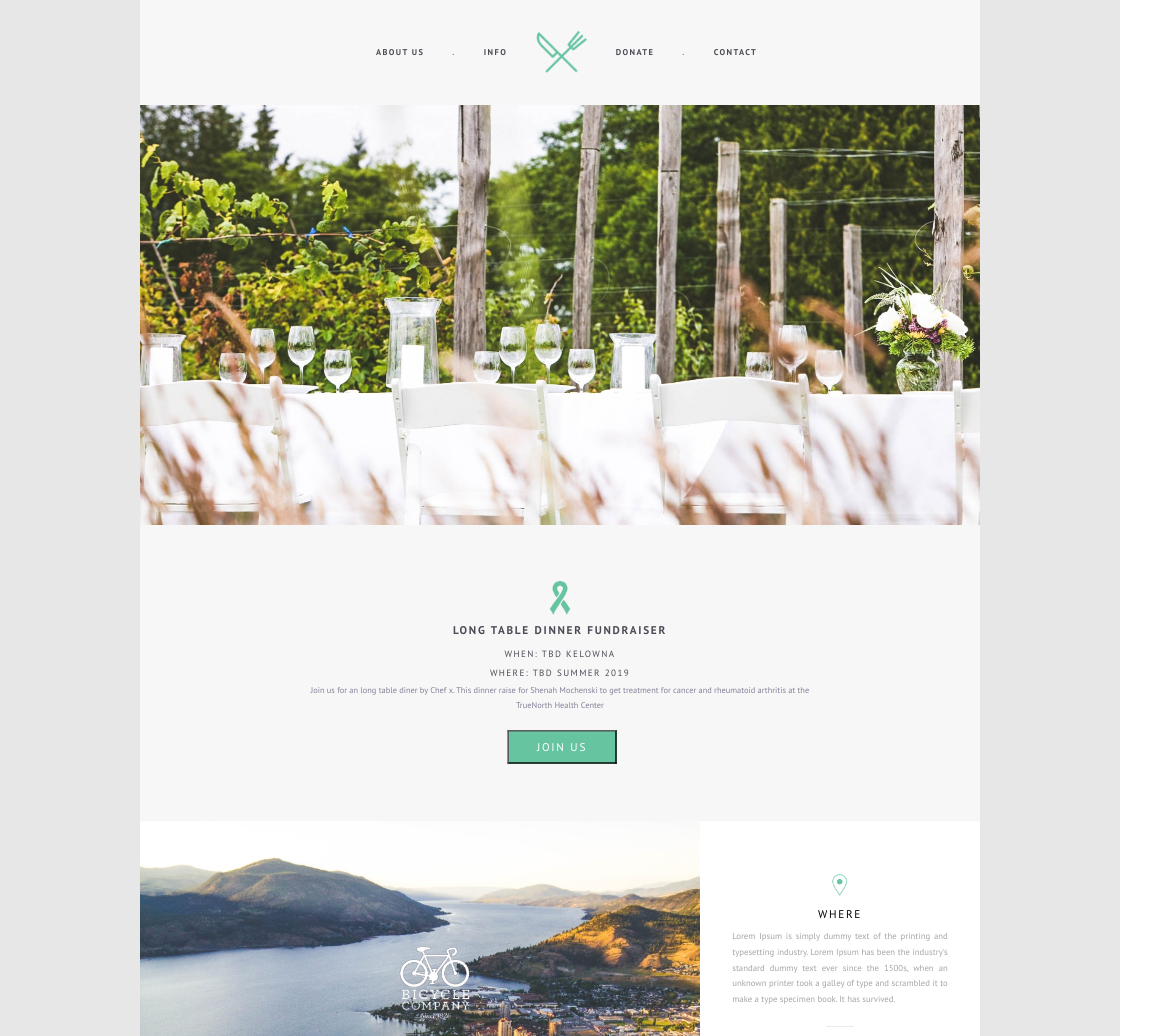
Repository: vancodes/longtable
Page: index.html
These files come from the project's save history. The page is drawn as it stood at one moment and after the next save; the edit follows.
The browser window is 1280 px wide. The page is 1600 px wide, then 1668 px, then 1600 px, so the pictures cover 1668 px, including what lies to the right of the window. The pictures show the part of the page from y = 0 to 1480 px (the page is 2372 px tall before and 2524 px after), at 70% of full size.

Above is the page before, as saved 2019-04-08 16:33:32.

### index.html
<!DOCTYPE html>
<html>

<head>
  <meta charset="utf-8">
  <link href="index.css" type="text/css" rel="stylesheet">
  <title>Long table</title>
</head>

<body>
  <div class="wrapper">
    <!--Intro Section-->
    <div class="topbar">
      <h1>
      <ul>
        <li><a href="#">About Us</a></li>
    	   <p>.</p>
        <li><a href="#">Info</a></li>
        <li><a href="#"><img src="assets\logo.png" alt="logo"></a></li>
        <li><a href="https://www.gofundme.com/breast-lung-and-melanoma-cancer">Donate</a></li>
    	   <p>.</p>
        <li><a href="#">Contact</a></li>
      </ul>
    </h1>
    </div>
    <div class="hero">
      <img src="assets/cover.jpg" alt="">
    </div>
    <!--Navigation Section-->
    <div class="main" align="center">
      <div class="first">
        <img src="assets\breast-cancer-icon.png" alt="bike chain">
        <h2>Long table dinner fundraiser</h2>
        <h4>When: TBD Kelowna</h4>
        <h4>Where: TBD Summer 2019</h4>
        <p>Join us for an long table diner by Chef x. This dinner raise for Shenah Mochenski to get treatment for cancer and rheumatoid arthritis at the TrueNorth Health Center</p>
        <div class="email-container">
            <button>Join us</button>
          </div>
      </div>
      <!--Image Section-->
      <div class="bike-images">
        <div class="first-container">
          <div class="first-left">
            <div id="bike-logo">
              <img src="assets/bike.png" alt="bike logo">
            </div>
            <div id="logo">
              <img src="assets/bicycle-company-logo.png" alt="company logo">
            </div>
            <div id="vintage-left">
              <img src="assets\bike-1.jpg" alt="bike handle">
            </div>
          </div>
          <div class="first-right">
            <div class="location">
              <img src="assets\location-icon.png" alt="frame icon">
            </div>
            <div id="vintage-text">
              <h3>WHERE</h3>
              <p>Lorem Ipsum is simply dummy text of the printing and typesetting industry. Lorem Ipsum has been the industry's standard dummy text ever since the 1500s, when an unknown printer took a galley of type and scrambled it to make a type specimen
                book. It has survived.</p>
            </div>
            <div class="divider-line"></div>
            <div id="first-vintage-seat">
              <img img src="assets\seat.jpg" alt="bike seat">
            </div>
            <div class="arrow-down"></div>
          </div>
        </div>
        <div class="second-container">
          <div class="second-left">
            <div class="chef">
              <img src="assets\chef-icon.png" alt="chef icon">
            </div>
            <div id="vintage-text">
              <h3>CHEF</h3>
              <p>Lorem Ipsum is simply dummy text of the printing and typesetting industry. Lorem Ipsum has been the industry's standard dummy text ever since the 1500s, when an unknown printer took a galley of type and scrambled it to make a type specimen
                book. It has survived.</p>
            </div>
            <div class="divider-line"></div>
            <div id="second-chef">
              <img src="assets\chef-2.jpg" alt="vintage bike seat">
            </div>
            <div class="arrow-down"></div>
          </div>
          <div class="second-right">
            <div id="vintage-logo">
              <img src="assets\vintage-logo.png" alt="vintage bike logo">
            </div>
            <div id="chef">
              <img src="assets\chef.jpg" alt="chef">
            </div>
          </div>
        </div>
      </div>
        <!--<div class="retro-container">
          <div class="retro-left">
            <div id="retro-logo">
              <img src="assets/bicycle-logo.png" alt="Since 1962 logo">
            </div>
            <div id="retro-bike">
              <img src="assets\bike-rail.jpg" alt="bike rail">
            </div>
          </div>
          <div class="retro-middle">
            <div class="steering">
              <img src="assets\steering-icon.png" alt="steering icon">
            </div>
            <div id="vintage-text">
              <h3>Retro Bike - M. Hulot</h3>
              <p>Lorem Ipsum is simply dummy text of the printing and typesetting industry. Lorem Ipsum has been the industry's standard dummy text ever since the 1500s, when an unknown printer took a galley of type and scrambled it to make a type specimen
                book. It has survived.</p>
            </div>
            <div class="divider-line"></div>
            <div class="arrow-down"></div>
            <div id="retro-rail">
              <img src="assets\mavic.jpg" alt="vintage bike seat">
            </div>
          </div>
          <div class="retro-right">
            <div id="retro-bike-right">
              <img src="assets\bike-2.jpg" alt="retro bike">
            </div>
          </div>
        </div>
      </div>-->
      <!--Social Section-->
      <!--<div class="main" align="center">
        <div class="last">
          <img src="assets\twitter-icon.png" alt="Twitter icon"><br>
          <span>AOD New York @aod</span>
          <span class="twitter-time"> / 35 min</span >
            <p>Lorem ipsum dolor sit amet, consectetur adipiscing elit. Sed ut tellus ac nulla semper rhoncus. Nullam a odio porttitor, dictum turpis vitae, pretium ante amet.</p>
          </div>
      </div>-->
<!--slider-->
    <!--<div class="slider">
      <span class="dotfirst"></span>
          <span class="dot"></span>
          <span class="dot"></span>
        </div>-->
        <!--Photo Collage-->
        <!--
        <div class="bottom-container">
          <div class="bottom-left">
            <div id="image-one">
              <img src="assets\bottom-image-1.jpg" alt="">
            </div>
            <div id="image-one">
              <img src="assets\bottom-image-2.jpg" alt="">
            </div>
            <div id="brooks-seat">
              <img src="assets\brooks-seat.png" alt="">
            </div>
          </div>
          <div class="bottom-middle">
            <div id="image-three">
              <img src="assets\bottom-image-3.jpg" alt="">
            </div>
            <div id="image-three">
              <img src="assets\bottom-image-4.jpg" alt="">
            </div>
          </div>
          <div class="bottom-right">
            <div id="bottom-bike-logo">
              <img src="assets/bike.png" alt="bike logo">
            </div>
            <div class="bottom-text">
              <p>shop now</p>
            </div>
            <div id="image-five">
              <img src="assets\bottom-image-5.jpg" alt="">
            </div>
            <div id="image-five">
              <img src="assets\bottom-image-6.jpg" alt="">
            </div>
          </div>
        </div> -->
        <div class="discover-container">
          <div class="discover-text">
            <button>Thank You Sponsors</button>
            <div class="sponsor-logo">
                <p>YOUR</p>
                <p>LOGO</p>
                <p>HERE</p>
            </div>
          </div>
       </div>
        <div class="footer-container">

        </div>
      <!--end-->
    </div>
</body>
</html>

### index.css
/* http://meyerweb.com/eric/tools/css/reset/
   v2.0 | 20110126
   License: none (public domain)
*/

html, body, div, span, applet, object, iframe, h1, h2, h3, h4, h5, h6, p, blockquote, pre, a, abbr, acronym, address, big, cite, code, del, dfn, em, img, ins, kbd, q, s, samp, small, strike, strong, sub, sup, tt, var, b, u, i, center, dl, dt, dd, ol, ul, li, fieldset, form, label, legend, table, caption, tbody, tfoot, thead, tr, th, td, article, aside, canvas, details, embed, figure, figcaption, footer, header, hgroup, menu, nav, output, ruby, section, summary, time, mark, audio, video {
  margin: 0;
  padding: 0;
  border: 0;
  font-size: 100%;
  font: inherit;
  vertical-align: baseline;
}

/* HTML5 display-role reset for older browsers */

article, aside, details, figcaption, figure, footer, header, hgroup, menu, nav, section {
  display: block;
}

body {
  line-height: 1;
}

ol, ul {
  list-style: none;
}

blockquote, q {
  quotes: none;
}

blockquote:before, blockquote:after, q:before, q:after {
  content: '';
  content: none;
}

table {
  border-collapse: collapse;
  border-spacing: 0;
}

/*  fonts */

@font-face {
  font-family: PtSansWebBold;
  src: url(font/pt_sans-web-bold.ttf);
}

@font-face {
  font-family: PtSansWebBoldItalic;
  src: url(font/pt_sans-web-bolditalic.ttf);
}

@font-face {
  font-family: PtSansWebItalic;
  src: url(font/pt_sans-web-italic.ttf);
}

@font-face {
  font-family: PtSansWebRegular;
  src: url(font/pt_sans-web-regular.ttf);
}

body {
  font-family: PtSansWebRegular;
}

h1 {
  font-family: PtSansWebBold;
  font-size: 12px;
  text-transform: uppercase;
  letter-spacing: 2px;
}

h2 {
  font-family: PtSansWebBold;
  letter-spacing: 2.5px;
  text-transform: uppercase;
  text-align: center;
  line-height: 2.5em;
}

h3 {
  font-family: PtSansWebBold;
  letter-spacing: 2.5px;
  text-transform: uppercase;
  text-align: center;
  font-size: 12px;
  line-height: 2.5em;
}

h3 {
  font-family: PtSansWebRegular;
  letter-spacing: 2.5px;
  text-transform: uppercase;
  text-align: center;
  line-height: 2.5em;
  font-size: 16px;
}

h4 {
  font-family: PtSansWebRegular;
  font-size: 13px;
  text-transform: uppercase;
  letter-spacing: 2px;
  line-height: 2.1em;
}


p {
  font-family: PtSansWebRegular;
  font-size: 12px;
  color: #838199;
  text-align: center;
  line-height: 1.8em;
}

.bike-images p {
  font-family: PtSansWebRegular;
  font-size: 12.5px;
  color: #a5a5a5;
  text-align: justify;
  line-height: 1.8em;
}

.last span {
  font-family: PtSansWebBold;
  display: inline;
  font-size: 12px;
  text-align: center;
  line-height: 2.8em;
  letter-spacing: 1.5px;
}

.last .twitter-time {
  font-family: PtSansWebRegular;
  font-size: 12px;
  text-align: center;
  letter-spacing: 1.5px;
  color: #b2b1bd;
  padding-left: 6px;
}

.last p {
  font-family: PtSansWebItalic;
  font-size: 14px;
  color: #838199;
  text-align: center;
  line-height: 1.8em;
  padding: 0 55px;
}

.bottom-text p {
  font-family: PtSansWebRegular;
  letter-spacing: 2.5px;
  text-transform: uppercase;
  text-align: center;
  line-height: 2.5em;
  font-size: 12px;
  color: #fff;
}

.saddle-text p {
  font-family: PtSansWebItalic;
  font-size: 16px;
  text-align: center;
  letter-spacing: 0.5px;
  color: #838199;
  padding-left: 6px;
  margin-bottom: 20px;
}

/*  wrapper */

.wrapper {
  padding: 0 200px;
  width: 1200px;
  margin: 0 auto;
  background-color: #e8e7e7;
}

/* intro section */

.hero img {
  width: 100%;
}

.topbar {
  position: absolute;
  padding: 0px 317px;
  margin-top: 23px;
}

.topbar ul {
  width: 590px;
  margin: 0 auto;
}

.topbar li {
  display: inline-block;
  padding: 0 20px;
  float: left;
  position: relative;
  top: 52px;
  transform: translateY(-50%);
}

.topbar li a {
  text-decoration: none;
  color: #4D4B56;
}

.topbar li a img {
  width: 75px;
}

.hero img {
  vertical-align: bottom;
  width: 100%;
  padding-top: 150px;
  background-color: #F7F7F7
}

.topbar li a:hover {
  text-decoration: none;
  color: #ff000069;
}

.topbar p {
  padding: 0 20px;
  float: left;
  position: relative;
  top: 52px;
  transform: translateY(-50%);
  font-family: PtSansWebBold;
}

/* navigation section */

.main {
  background-color: #F7F7F7
}

.first {
  color: #4D4B56;
  padding: 80px 150px 80px 150px;
  max-width: 736px;
}

.first img {
  padding: 0px 46px;
}

/* bike images */

img {
  padding: 0;
  margin: 0;
}

.bike-images {
  background-color: #FFFF;
  position: relative;
}

.first-container {
  vertical-align: bottom;
  display: table;
}

.first-left {
  width: 800px;
  display: table-cell;
  vertical-align: bottom;
}

.first-right {
  display: table-cell;
  vertical-align: bottom;
  width: 400px;
}

#first-vintage-seat img {
  width: 400px;
  height: 123px;
  float: left;
}

#bike-logo img {
  width: 100px;
  position: absolute;
  margin-top: 179px;
  transform: translatex(-29%);
}

#logo img {
  width: 100px;
  position: absolute;
  margin-top: 240px;
  transform: translateX(-26%);
}

#vintage-left img {
  float: left;
  margin: auto;
  width: 800px;
}

.location img {
  width: 30px;
  margin-bottom: 5px;
}

#vintage-text {
  height: 162px;
  margin-bottom: 18px;
  overflow: hidden;
}

#vintage-text p {
  padding: 0px 46px;
}

.divider-line {
  height: 1px;
  background-color: #e2e2e2;
  margin: 0px 180px 33px;
}

.arrow-down {
  width: 0px;
  height: 0px;
  border-left: 5px solid transparent;
  border-right: 5px solid transparent;
  border-top: 6px solid #FFFF;
  position: absolute;
  transform: translateX(1955%);
}

.second-container {
  vertical-align: bottom;
  display: table;
}

#second-chef img {
  width: 400px;
  height: 123px;
  float: left;
  margin-bottom: -1.6px;
}

.second-left {
  width: 333px;
  display: table-cell;
  vertical-align: bottom;
}

.chef img {
  width: 30px;
  margin-bottom: 5px;
}

#chef img {
  float: right;
  width: 800px;
  vertical-align: bottom;
  margin-bottom: -2px;
}

.second-right {
  display: table-cell;
  vertical-align: bottom;
  width: 656px;
}

#vintage-logo img {
  width: 145px;
  position: absolute;
  margin-top: 167px;
  transform: translateX(-47%);
}

.retro-container {
  vertical-align: bottom;
  display: table;
}

.retro-left {
  display: table-cell;
  vertical-align: bottom;
  width: 333px;
}

.retro-middle {
  width: 400px;
  display: table-cell;
  vertical-align: bottom;
}

.retro-right {
  display: table-cell;
  vertical-align: bottom;
  width: 400px;
}

#retro-logo img {
  width: 160px;
  position: absolute;
  margin-top: 197px;
  transform: translateX(-50%);
}

#retro-bike img {
  float: right;
  width: 400px;
  vertical-align: bottom;
}

#retro-bike-right img {
  float: right;
  width: 400px;
  vertical-align: bottom;
}

.steering img {
  height: 30px;
  margin-bottom: 5px;
}

#retro-rail img {
  width: 400px;
  height: 123px;
  vertical-align: bottom;
}

.bottom-container {
  vertical-align: bottom;
  display: table;
  margin-top: 14px;
}

.bottom-left {
  display: table-cell;
  vertical-align: bottom;
  width: 400px;
}

.bottom-middle {
  display: table-cell;
  vertical-align: bottom;
  width: 400px;
}

.bottom-right {
  display: table-cell;
  vertical-align: bottom;
  width: 400px;
}

#image-one img {
  float: left;
  width: 200px;
  vertical-align: bottom;
  max-height: 199px;
}

#brooks-seat img {
  float: left;
  width: 400px;
  vertical-align: bottom;
}

#image-three img {
  float: left;
  width: 200px;
  vertical-align: bottom;
}

#image-five img {
  float: left;
  width: 400px;
  vertical-align: bottom;
  margin-top: -1px;
}

#bottom-bike-logo img {
  width: 50px;
  position: absolute;
  margin-top: 79px;
  transform: translatex(-57%);
}

.bottom-text {
  position: absolute;
  padding: 0px -4px;
  margin-top: 108px;
  width: 400px;
}

/* twitter-last section */

.last {
  padding: 80px 150px 50px 150px;
  max-width: 736px;
}

.last img {
  width: 25px;
  padding-bottom: 15px;
}

.noBorder {
  border: 0;
}

/* slider */

.dotfirst {
  width: 0.50rem;
  height: 0.50rem;
  background-color: #ADB2B6;
  border-radius: 50%;
  display: inline-block;
}

.dot {
  width: 0.40rem;
  height: 0.40rem;
  border-radius: #ADB2B6;
  background-color: #FFF;
  border-radius: 50%;
  border: 1px solid #ADB2B6;
  display: inline-block;
  -moz-border-radius: 50%;
  -webkit-border-radius: 50
}

.slider {
  color: #4D4B56;
  padding: 0px 0px 30px 0px;
  max-width: 736px;
}

/* last section */

.discover-container {
  background-color: #252525;
  height: 75px;
  padding-top: 50px;
}

.discover-text button {
  border: none;
  padding: 3px 30px;
  margin: 0 450px;
  font-family: PtSansWebRegular;
  letter-spacing: 2.5px;
  text-transform: uppercase;
  text-align: center;
  line-height: 2.5em;
  font-size: 16px;
  color: #fff;
  background-color: #252525;
}

.sponsor-topbar {
  position: absolute;
  padding: 0px 317px;
  margin-top: 23px;
  background-color: #252525;
}

.sponsor-logo {
  position: absolute;
  background-color: #252525;
  padding: 0px 80px 50px 80px;
}

.sponsor-logo p {
  border: none;
  padding: 3px 40px;
  margin: 0 450px;
  font-family: PtSansWebRegular;
  letter-spacing: 2.5px;
  text-transform: uppercase;
  text-align: center;
  line-height: 1em;
  font-size: 12px;
  color: #fff;
  background-color: #252525;
}

.discover-text button {
  border: none;
  padding: 3px 30px;
  margin: 0 450px;
  font-family: PtSansWebRegular;
  letter-spacing: 2.5px;
  text-transform: uppercase;
  text-align: center;
  line-height: 2.5em;
  font-size: 16px;
  color: #fff;
  background-color: #252525;
}

.email-container {
  background-color: #f7f7f7;
  padding: 25px 150px 50px 0px;
}

.email-container img {
  width: 65px;
  padding: 10px 420px;
}

input {
  border: 1px solid #e8e7e7;
  padding: 5px 30px;
  margin: 3px 255px;
  position: absolute;
  padding: 9px 109px 9px 20px;
  font-family: PtSansWebItalic;
  font-size: 14px;
  color: #e8e7e7;
  text-align: center;
  line-height: 1.8em;
  text-align: left;
}

.email-container button {
  margin: 0px;
  position: absolute;
  background-color: #66c4a1;
  padding: 2px 40px;
  font-family: PtSansWebRegular;
  letter-spacing: 2.5px;
  text-transform: uppercase;
  text-align: center;
  line-height: 2.5em;
  font-size: 16px;
  color: #fff;
}

.email-container button:hover {
  background-color: #fff;
  color: #66c4a1;
  box-shadow: none;
  transform: none;
  transition: 0.1s ease-in-out;
}

.footer-container {
  background-color: #f7f7f7;
  height: 75px;
  padding: 50px 150px;
  display: table
}

.footer-left {
  display: table-cell;
  width: 400px;
  text-align: left;
}

.footer-left span {
  font-size: 10px;
  color: #838199;
  font-weight: bold;
}

.footer-text p {
  font-family: PtSansWebItalic;
  font-size: 9px;
  color: #838199;
  line-height: 1.4em;
  text-align: left;
}

.footer-middle {
  display: table-cell;
  width: 400px;
  transform: translateX(33%);
  vertical-align: middle;
}

.footer-middle img {
  width: 20px;
}

.footer-right {
  width: 400px;
}

.footer-right-text p {
  font-family: PtSansWebItalic;
  font-size: 9px;
  color: #838199;
  line-height: 1.4em;
  margin-top: 23px;
  width: 60px;
  transform: translateX(95%);
}

.footer-right img {
  width: 30px;
  transform: translateX(300%);
  padding-top: 0px;
  margin-top: -16px;
  position: absolute;
}

After the next save:
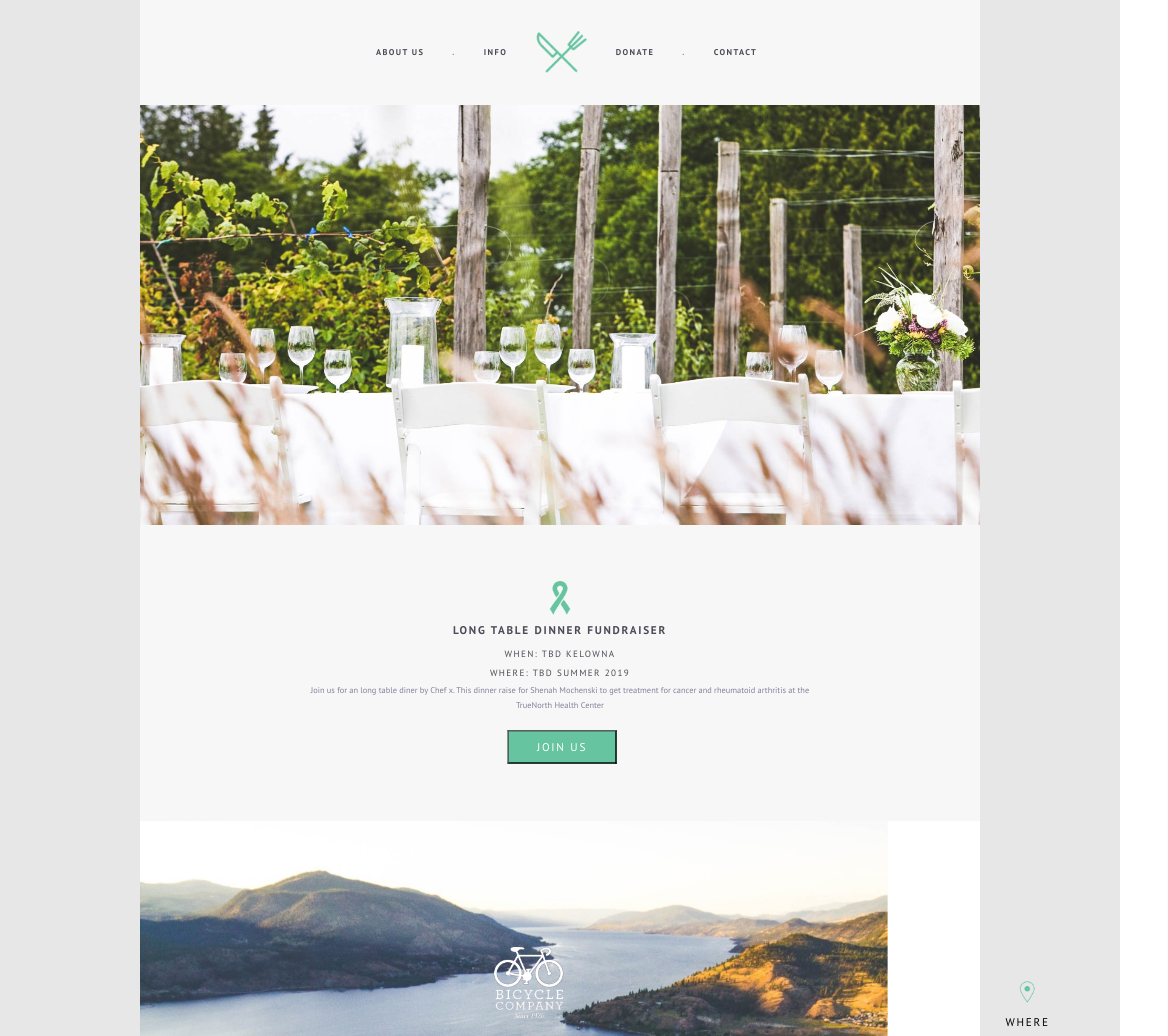
Saved 9 s later.
--- a/index.css
+++ b/index.css
@@ -301,11 +301,11 @@
   transform: translateX(-26%);
 }
 
-#vintage-left img {
+/*#vintage-left img {
   float: left;
   margin: auto;
   width: 800px;
-}
+}*/
 
 .location img {
   width: 30px;

After the save that followed:
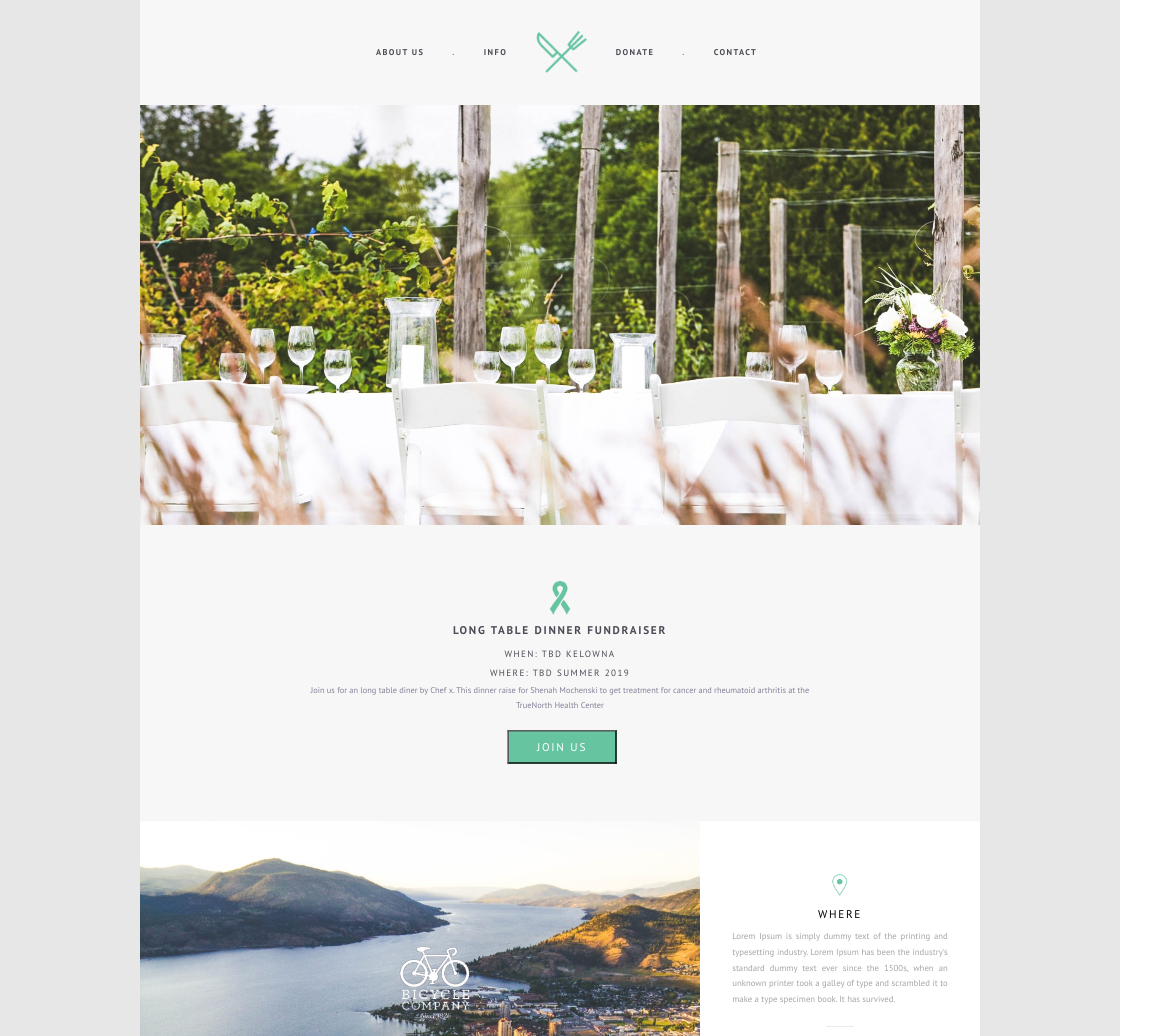
Saved 9 s later.
--- a/index.css
+++ b/index.css
@@ -301,11 +301,11 @@
   transform: translateX(-26%);
 }
 
-/*#vintage-left img {
+#vintage-left img {
   float: left;
   margin: auto;
   width: 800px;
-}*/
+}
 
 .location img {
   width: 30px;
